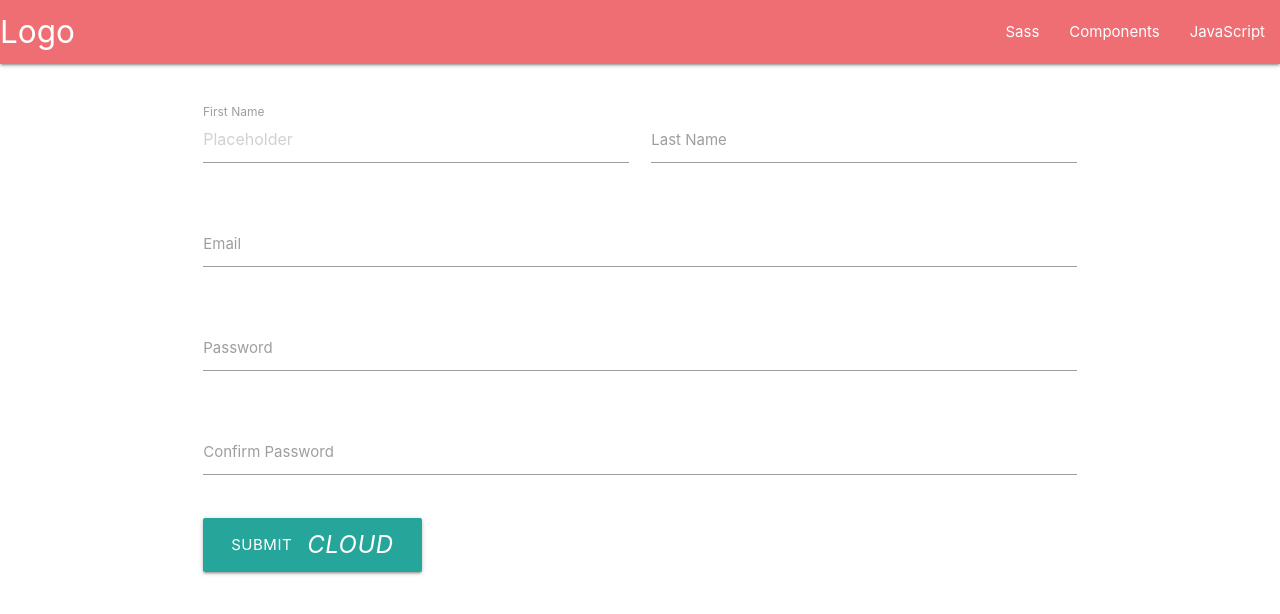
Repository: RavinakS/signup-page-html-js
Page: index.html
An editor plug-in stored every save of this project. The page is shown before and after the next save, followed by the edit.
The browser window is 1280 px wide. The pictures show the whole page.

Above is the page before, as saved 2021-12-13 12:03:25.

### index.html
<!DOCTYPE html>
<html lang="en">
<head>
    <meta charset="UTF-8">
    <meta http-equiv="X-UA-Compatible" content="IE=edge">
    <meta name="viewport" content="width=device-width, initial-scale=1.0">

    <title>Document</title>
    <link href="https://fonts.googleapis.com/icon?family=Material+Icons" rel="stylesheet">
    <link rel="stylesheet" href="https://cdnjs.cloudflare.com/ajax/libs/materialize/1.0.0/css/materialize.min.css">
    <script src="https://cdnjs.cloudflare.com/ajax/libs/materialize/1.0.0/js/materialize.min.js"></script>

</head>
<body>
    <nav>
        <div class="nav-wrapper">
          <a href="#" class="brand-logo">Logo</a>
          <ul id="nav-mobile" class="right hide-on-med-and-down">
            <li><a href="sass.html">Sass</a></li>
            <li><a href="badges.html">Components</a></li>
            <li><a href="collapsible.html">JavaScript</a></li>
          </ul>
        </div>
      </nav>
      <br/>
    <div class="container">
        <div class="row">
            <div class="col s12">
              <div class="row">
                <div class="input-field col s6">
                  <input placeholder="Placeholder" id="first_name" type="text" class="validate" name="firstName">
                  <label for="first_name">First Name</label>
                </div>
                <div class="input-field col s6">
                  <input id="last_name" type="text" class="validate" name="lastName">
                  <label for="last_name">Last Name</label>
                </div>
              </div>
              <div class="row">
                <div class="input-field col s12">
                  <input id="email" type="email" class="validate" name="email">
                  <label for="email">Email</label>
                </div>
              </div>
              <div class="row">
                <div class="input-field col s12">
                  <input id="password" type="password" class="validate" name="password">
                  <label for="password">Password</label>
                </div>
              </div>
              <div class="row">
                <div class="input-field col s12">
                  <input id="cPassword" type="password" class="validate" name="cPassword">
                  <label for="password">Confirm Password</label>
                </div>
              </div>

              <button class="waves-effect waves-light btn-large" type="submit" onclick="formValidation">
                  <i class="assignment_turned_in right">cloud</i>
                  Submit
              </button>

            </div>
            <p id="error-msg"></p>
          </div>
    </div>
</body>

<script>
    const regexObject = {
        name: new RegExp(/^([a-zA-Z]{2,}\s[a-zA-Z]{1,}'?-?[a-zA-Z]{2,}\s?([a-zA-Z]{1,})?)/),
        email: new RegExp(/^\w+([\.-]?\w+)*@\w+([\.-]?\w+)*(\.\w{2,3})+$/),
        password: new RegExp(/^(?=.*[A-Za-z])(?=.*\d)[A-Za-z\d]{8,}$/)
    }

    const formValidation = () =>{
        const errorP = document.getElementById('error-msg')
        errorP.innerHTML = ''

        const firstName = document.getElementById('first_name').value
        const lastName = document.getElementById('last_name').value
        const email = document.getElementById('email').value
        const password = document.getElementById('password').value
        const cPassword = document.getElementById('cPassword').value

        if(!regexObject.name.test(firstName)) {
            errorP.innerHTML = '<h1>Invalid first name</h1>'
            return;
        }else if(!regexObject.name.test(lastName)) {
            errorP.innerHTML = '<h1>Invalid last name</h1>'
            return;
        }else if(!regexObject.name.test(email)) {
            errorP.innerHTML = '<h1>Invalid Email</h1>'
            return;
        }else if(!regexObject.name.test(password)) {
            errorP.innerHTML = '<h1>Invalid Password</h1>'
            return;
        }else if(!regexObject.name.test(cPassword)) {
            errorP.innerHTML = '<h1>Invalid confirm password</h1>'
            return;
        }else if(password != cPassword) {
            errorP.innerHTML = '<h1>Password and Confirm password is mismatched</h1>'
            return;
        }

    }
</script>

</html>

After the next save:
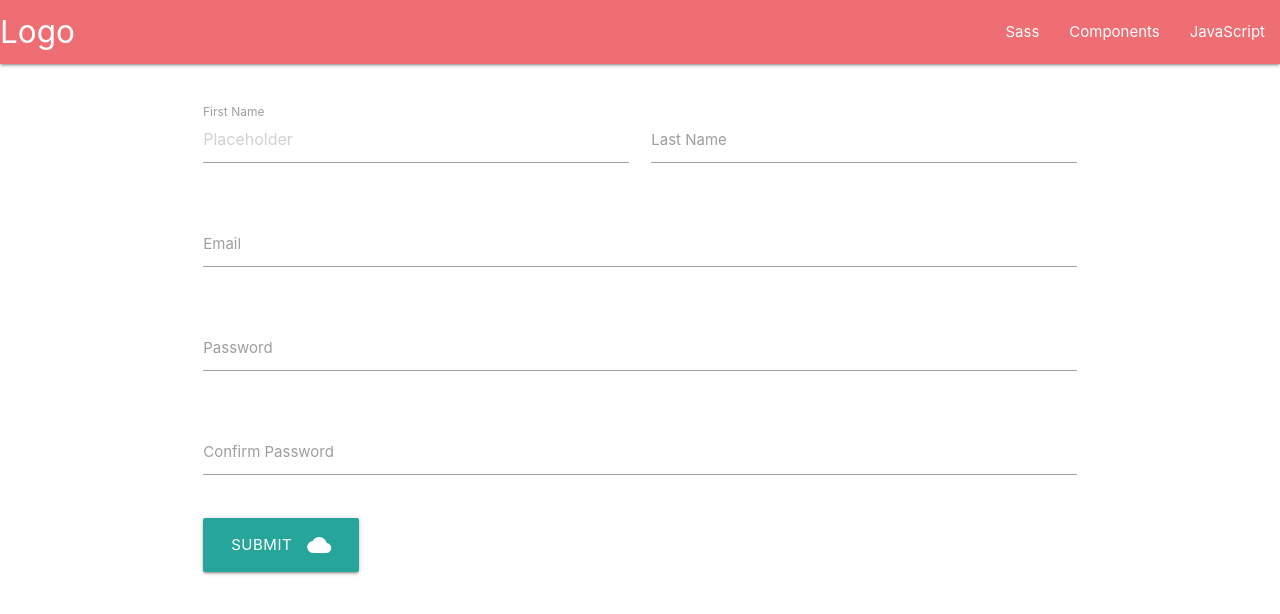
Saved 108 s later.
--- a/index.html
+++ b/index.html
@@ -25,7 +25,7 @@
       <br/>
     <div class="container">
         <div class="row">
-            <div class="col s12">
+            <form class="col s12">
               <div class="row">
                 <div class="input-field col s6">
                   <input placeholder="Placeholder" id="first_name" type="text" class="validate" name="firstName">
@@ -56,11 +56,11 @@
               </div>
 
               <button class="waves-effect waves-light btn-large" type="submit" onclick="formValidation">
-                  <i class="assignment_turned_in right">cloud</i>
+                  <i class="material-icons right">cloud</i>
                   Submit
               </button>
 
-            </div>
+            </form>
             <p id="error-msg"></p>
           </div>
     </div>
